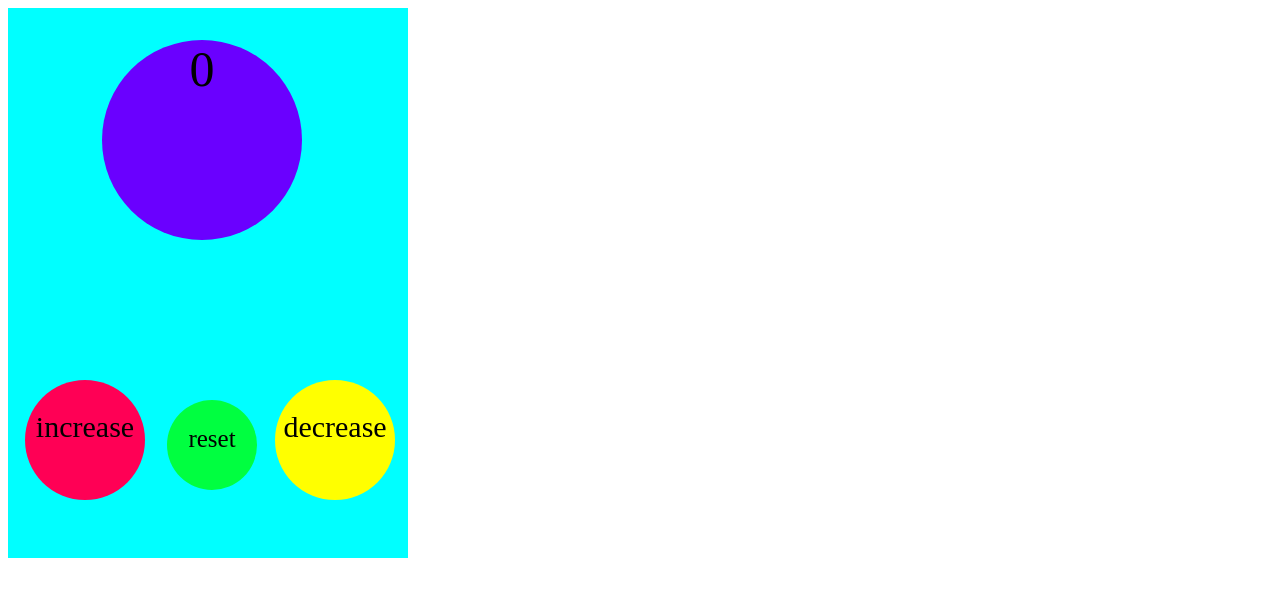
Repository: sara55m/Counter_App
Page: index.html
An editor plug-in stored every save of this project. The page is shown before and after the next save, followed by the edit.
The browser window is 1280 px wide. The pictures show the whole page.

Above is the page before, as saved 2024-07-30 03:36:36.

### index.html
<!DOCTYPE html>
<html lang="en">
<head>
    <meta charset="UTF-8">
    <meta name="viewport" content="width=device-width, initial-scale=1.0">
    <title>Document</title>
    <link rel="stylesheet" href="css/style.css">
</head>
<body>
    <div class="container">
        <div class="main" id="main"></div>
        <div class="increase" id="increase" onclick="increase()"><p class="first">increase</p></div>
        <div class="decrease" id="decrease" onclick="decrease()"><p class="second">decrease</p></div>
        <div class="reset" onclick="reset_1()"><p class="third">reset</p></div>
    </div>
    <script src="js/script.js"></script>
</body>
</html>

### css/style.css
.container{
    height:550px;
    width:400px;
    background-color: aqua;
}

.main{
    position:absolute;
    top:40px;
    left:102px;
    height:200px;
    width:200px;
    border-radius: 50%;
    background-color: rgb(106, 0, 255);
    text-align: center;
    font-size: 50px;
}

.increase{
    position:absolute;
    top:380px;
    left:25px;
    height:120px;
    width:120px;
    border-radius: 50%;
    background-color: rgb(255, 0, 85);
    text-align: center;
    font-size: 50px;
}
p.first,p.second{
    font-size: 30px;;
}

.decrease{
    position:absolute;
    top:380px;
    left:275px;
    height:120px;
    width:120px;
    border-radius: 50%;
    background-color:yellow;
    text-align: center;
    font-size: 50px;
}

.reset{
    position:absolute;
    top:400px;
    left:167px;
    height:90px;
    width:90px;
    border-radius: 50%;
    background-color: rgb(0, 255, 64);
    text-align: center;
    font-size: 50px;
}

p.third{
    font-size: 25px;;
}

### js/script.js
let count=0;
document.getElementById("main").innerHTML=count;
function increase(){
    count+=1;
    document.getElementById("main").innerHTML=count;
}


function decrease(){
    count-=1;
    document.getElementById("main").innerHTML=count;

}

function reset_1(){
    let count=0;
    let x=document.getElementById("main").innerHTML=count;

}

After the next save:
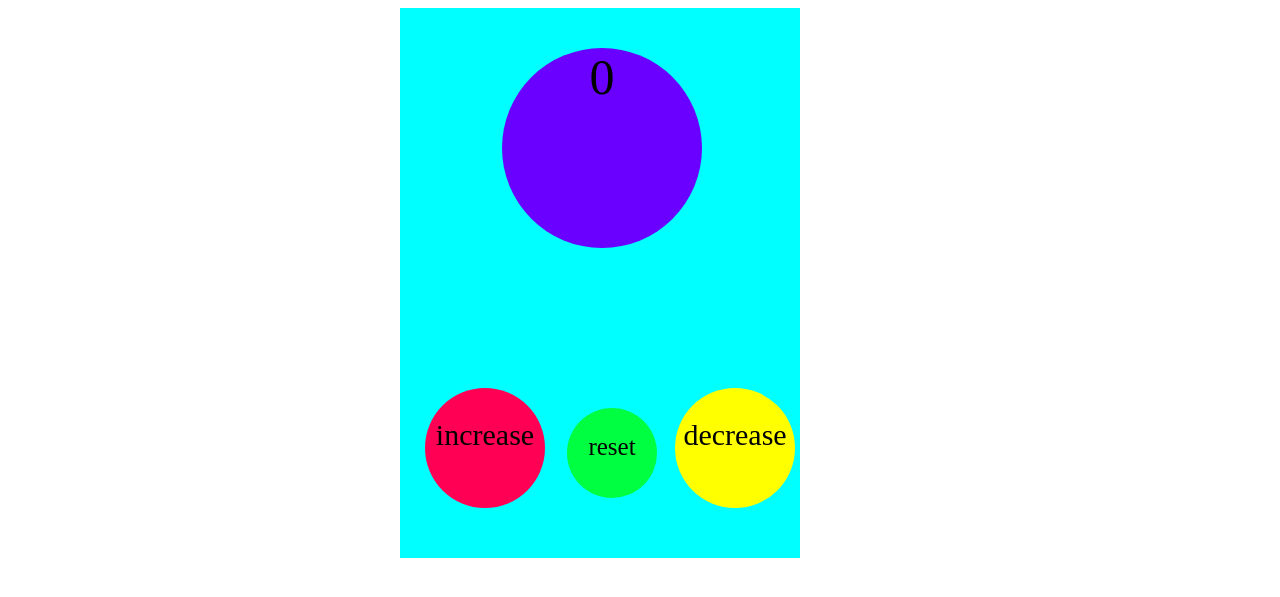
Saved 5 min 16 s later.
--- a/css/style.css
+++ b/css/style.css
@@ -1,4 +1,6 @@
 .container{
+    position: absolute;
+    left:400px;
     height:550px;
     width:400px;
     background-color: aqua;
